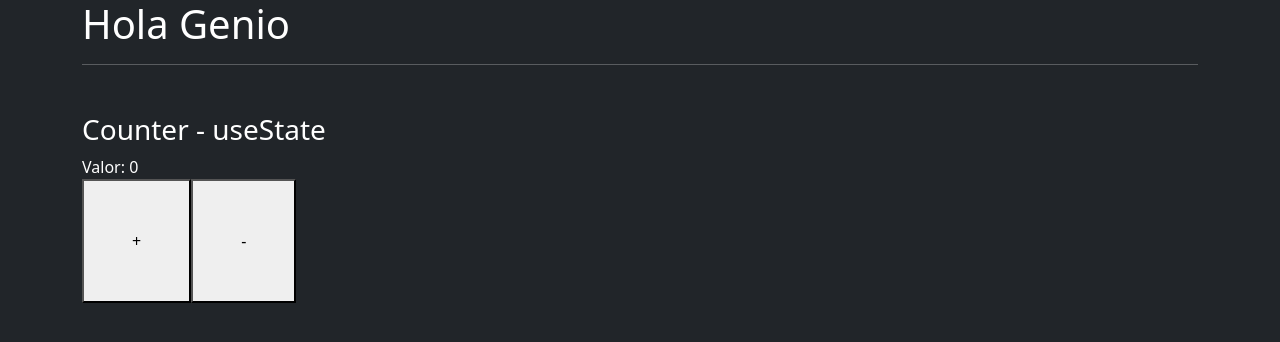
Repository: ChristianGecchelin/Typescript-Course1
Page: /
The author's editor kept a copy of each file at every save. The page is drawn from the files as they stood at one save, then again after the next save.
The browser window is 1280 px wide. The pictures show the whole page.
The project was rebuilt for these pictures with package versions that can differ from the ones it lists, and the page was loaded fresh each time.

Above is the page before, as saved 2022-08-16 13:04:48.

### public/index.html
<!DOCTYPE html>
<html lang="en">
  <head>
    <meta charset="utf-8" />
    <link rel="icon" href="%PUBLIC_URL%/favicon.ico" />
    <meta name="viewport" content="width=device-width, initial-scale=1" />
    <meta name="theme-color" content="#000000" />
    <meta
      name="description"
      content="Web site created using create-react-app"
    />
    <link rel="apple-touch-icon" href="%PUBLIC_URL%/logo192.png" />
    <!--
      manifest.json provides metadata used when your web app is installed on a
      user's mobile device or desktop. See https://developers.google.com/web/fundamentals/web-app-manifest/
    -->
    <link rel="manifest" href="%PUBLIC_URL%/manifest.json" />
    <!--
      Notice the use of %PUBLIC_URL% in the tags above.
      It will be replaced with the URL of the `public` folder during the build.
      Only files inside the `public` folder can be referenced from the HTML.

      Unlike "/favicon.ico" or "favicon.ico", "%PUBLIC_URL%/favicon.ico" will
      work correctly both with client-side routing and a non-root public URL.
      Learn how to configure a non-root public URL by running `npm run build`.
    -->
    <!-- CSS only -->
    <link
      href="https://cdn.jsdelivr.net/npm/bootstrap@5.2.0/dist/css/bootstrap.min.css"
      rel="stylesheet"
      integrity="sha384-gH2yIJqKdNHPEq0n4Mqa/HGKIhSkIHeL5AyhkYV8i59U5AR6csBvApHHNl/vI1Bx"
      crossorigin="anonymous"
    />
    <title>React + TS</title>
  </head>
  <body class="container bg-dark text-white">
    <noscript>You need to enable JavaScript to run this app.</noscript>
    <div id="root"></div>
    <!--
      This HTML file is a template.
      If you open it directly in the browser, you will see an empty page.

      You can add webfonts, meta tags, or analytics to this file.
      The build step will place the bundled scripts into the <body> tag.

      To begin the development, run `npm start` or `yarn start`.
      To create a production bundle, use `npm run build` or `yarn build`.
    -->
  </body>
</html>

### src/App.tsx
import { Counter } from "./components/Counter";

function App() {
  return (
    <>
      <h1>Hola Genio</h1>
      <hr />
      <Counter/>
    </>
  );
}

export default App;

### src/components/Counter.tsx
import { useState } from "react";

export const Counter = () => {
    const [counter, setCounter] = useState(0)




  return (
    <div className="mt-5">
      <h3>Counter - useState
      </h3>
      <span>Valor: {counter}</span>
      <br />
      <button className="btn-danger p-5">+</button>
        <button className="btn-danger p-5">-</button>
    </div>
  );
};

Loaded but not shown: src/index.tsx (common file)

After the next save:
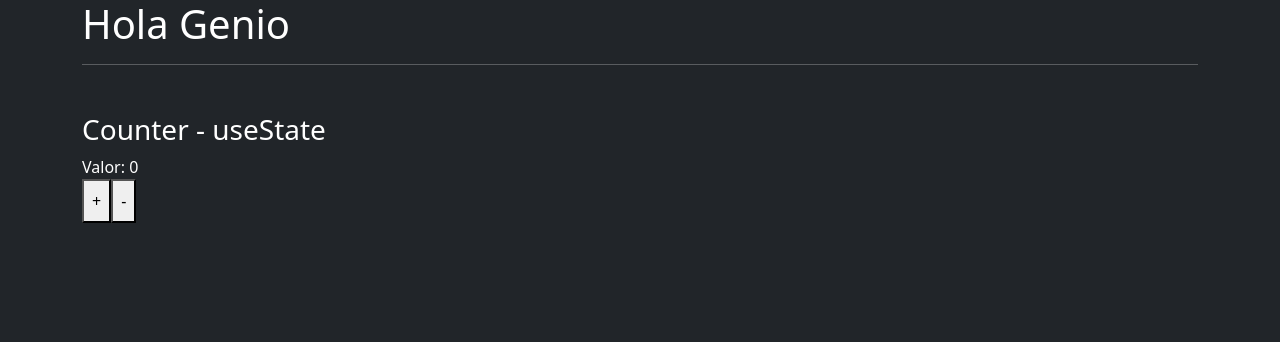
Saved 16 s later.
--- a/src/components/Counter.tsx
+++ b/src/components/Counter.tsx
@@ -1,19 +1,15 @@
 import { useState } from "react";
 
 export const Counter = () => {
-    const [counter, setCounter] = useState(0)
-
-
-
+  const [counter, setCounter] = useState(0);
 
   return (
     <div className="mt-5">
-      <h3>Counter - useState
-      </h3>
+      <h3>Counter - useState</h3>
       <span>Valor: {counter}</span>
       <br />
-      <button className="btn-danger p-5">+</button>
-        <button className="btn-danger p-5">-</button>
+      <button className="btn-danger p-2">+</button>
+      <button className="btn-danger p-2">-</button>
     </div>
   );
 };
